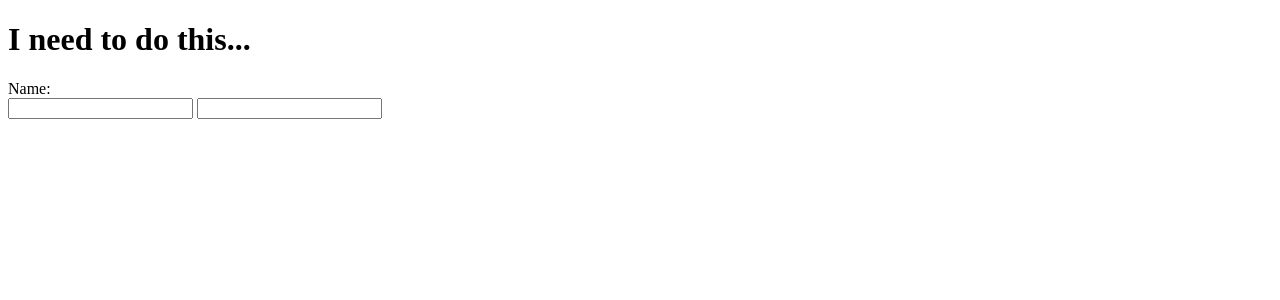
Repository: Jmcclain0129/django_todo
Page: http://localhost/add
The author's editor kept a record of every edit. The page is drawn from the files as they stood at one moment, then again after the next edit.
The browser window is 1280 px wide. The pictures show the whole page.
The page is served by the project's application, run on Django 2.2 (manage.py).

Above is the page before.

After the next edit:
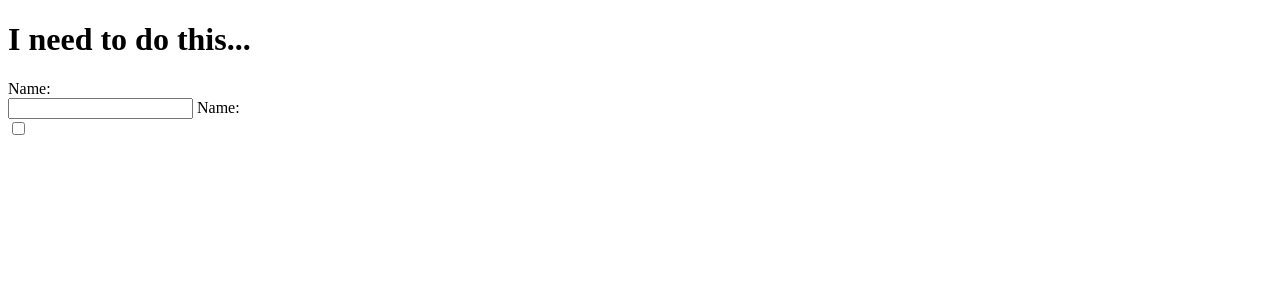
The edit:
--- a/todo/templates/item_form.html
+++ b/todo/templates/item_form.html
@@ -15,7 +15,8 @@
         <label for="id_name">Name:</label><br>
         <input type="text" id="id_name" name="name"/>
 
-        <input type="check" id="id_done" name="done"/>
+        <label for="id_name">Name:</label><br>
+        <input type="checkbox" id="id_done" name="done"/>
 
 
     </form>
